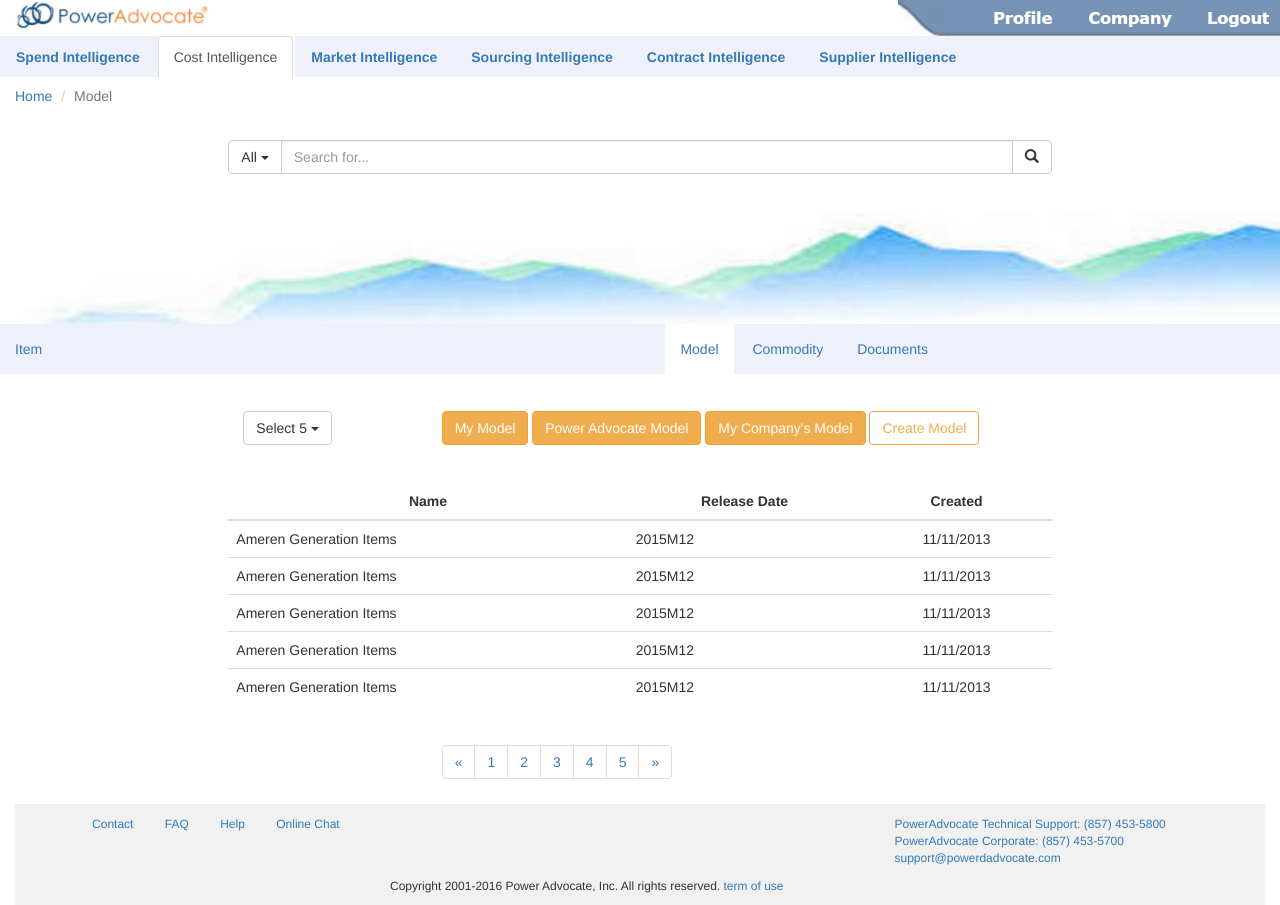
Repository: SamiraMansouri/PowerAdvocate-CostIntelligence-Application-new-Design-using-UserExperience-Method-
Page: http://localhost/PowerAdvocate/WEB-INF/views/home.jsp
The author's editor kept a copy of each file at every save. The page is drawn from the files as they stood at one save, then again after the next save.
The browser window is 1280 px wide. The pictures show the whole page.
The page is served by Tomcat 9. Nobody is signed in. The template is opened directly, without the code that normally fills it, so the values that code supplies are empty.

Above is the page before, as saved 2016-04-25 01:20:35.

After the next save:
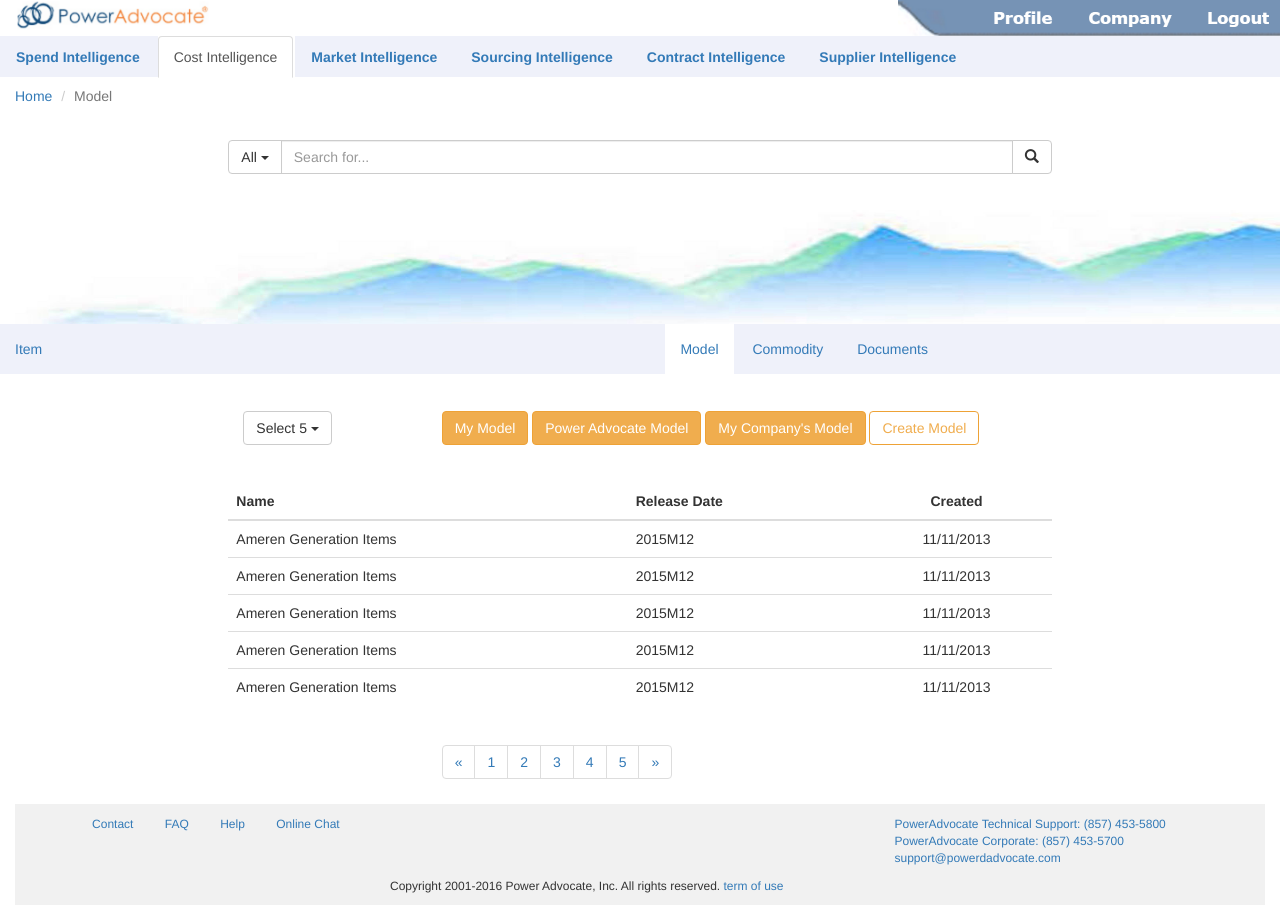
Saved 15 s later.
--- a/PowerAdvocate-Prototype/PowerAdvocate/src/main/webapp/WEB-INF/views/home.jsp
+++ b/PowerAdvocate-Prototype/PowerAdvocate/src/main/webapp/WEB-INF/views/home.jsp
@@ -252,8 +252,8 @@
 			<table class="table table-hover">
 				<thead>
 					<tr>
-						<th style="text-align:center;">Name</th>
-						<th style="text-align:center;">Release Date</th>
+						<th>Name</th>
+						<th >Release Date</th>
 						<th style="text-align:center;">Created</th>
 					</tr>
 				</thead>
